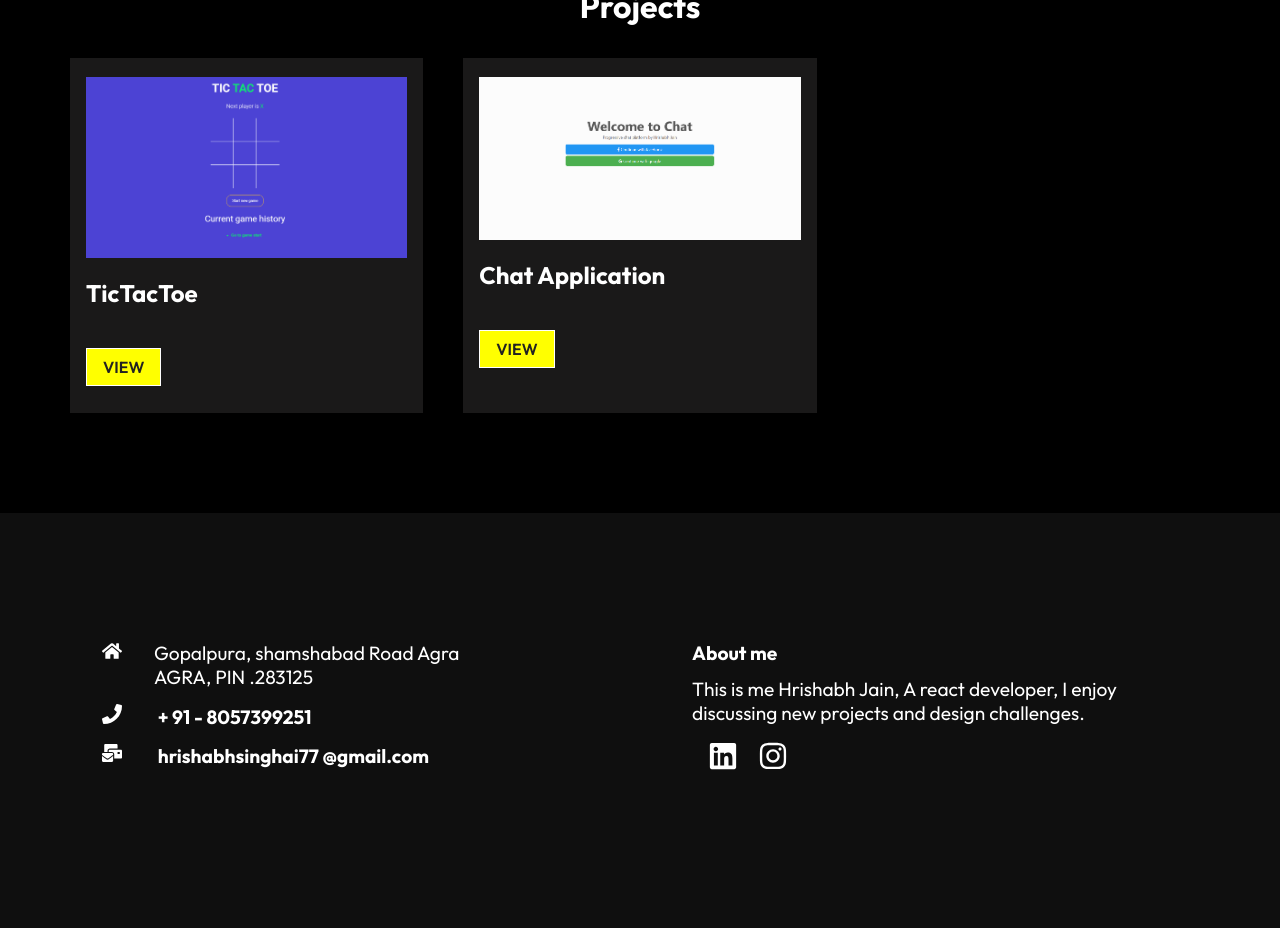
Repository: Hrishabhsinghai/Portfolio
Page: /project
An editor plug-in stored every save of this project. The page is shown before and after the next save, followed by the edit.
The browser window is 1280 px wide. The pictures show the part of the page from y = 582 to 1534 px (the page is 1510 px tall before and 1534 px after).
The project was rebuilt for these pictures with package versions that can differ from the ones it lists, and the page was loaded fresh each time. Also part of the build but not shown: src/components/HeroImgStyles.css, src/components/HeroImg.js, src/routes/Home.js, src/components/AboutContentSttyles.css, src/components/AboutContent.js, src/routes/About.js, src/routes/Contact.js.

Above is the page before, as saved 2024-01-11 22:20:34.

After the next save:
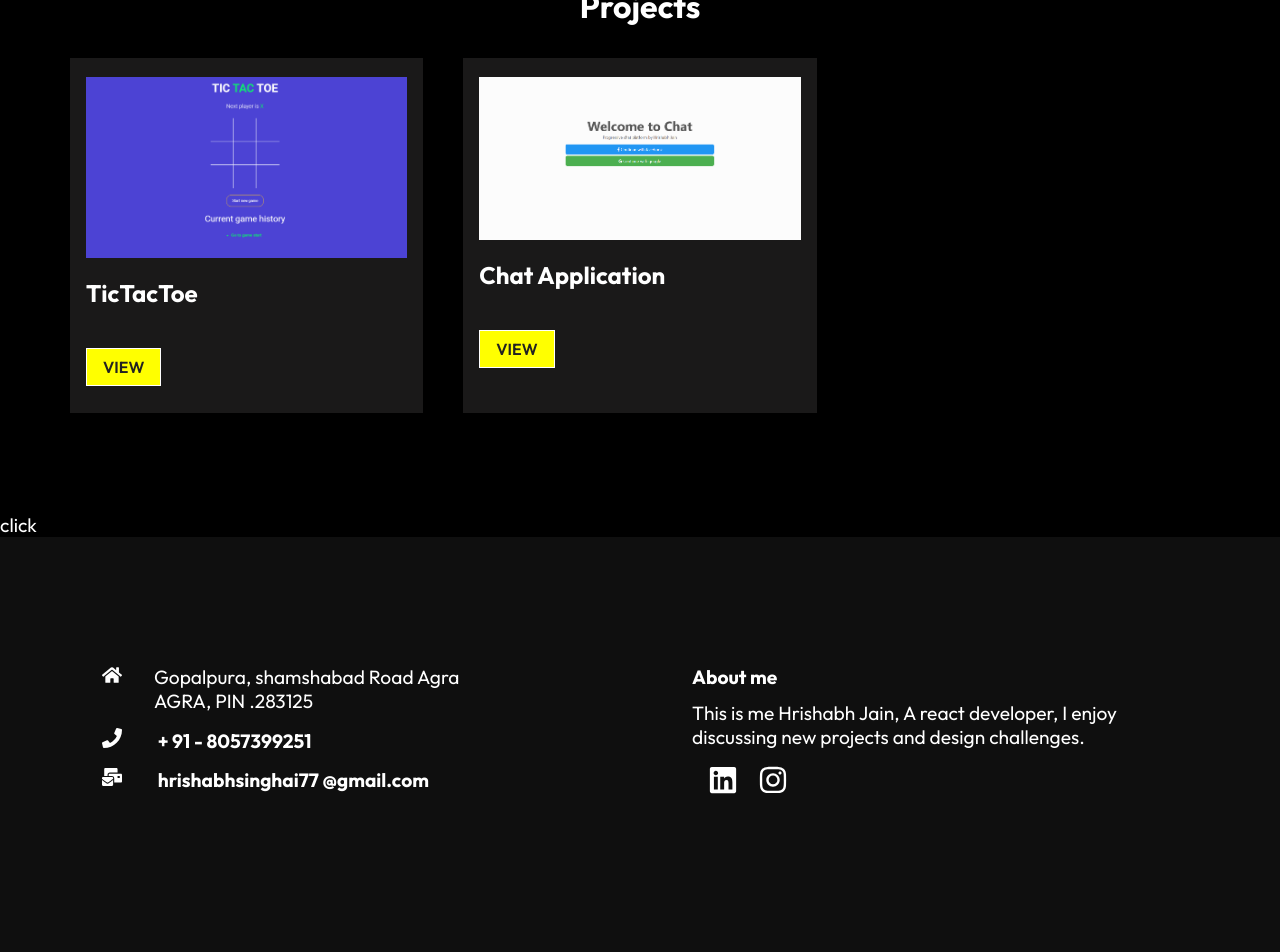
Saved 6 s later.
--- a/src/components/Work.js
+++ b/src/components/Work.js
@@ -21,7 +21,7 @@ const Work = () => {
           );
         })}{" "}
       </div>{" "}
-      <div className="github"> My Github Repositery </div>{" "}
+      <div className="github"> My Github Repositery </div> <p> click </p>{" "}
     </div>
   );
 };
